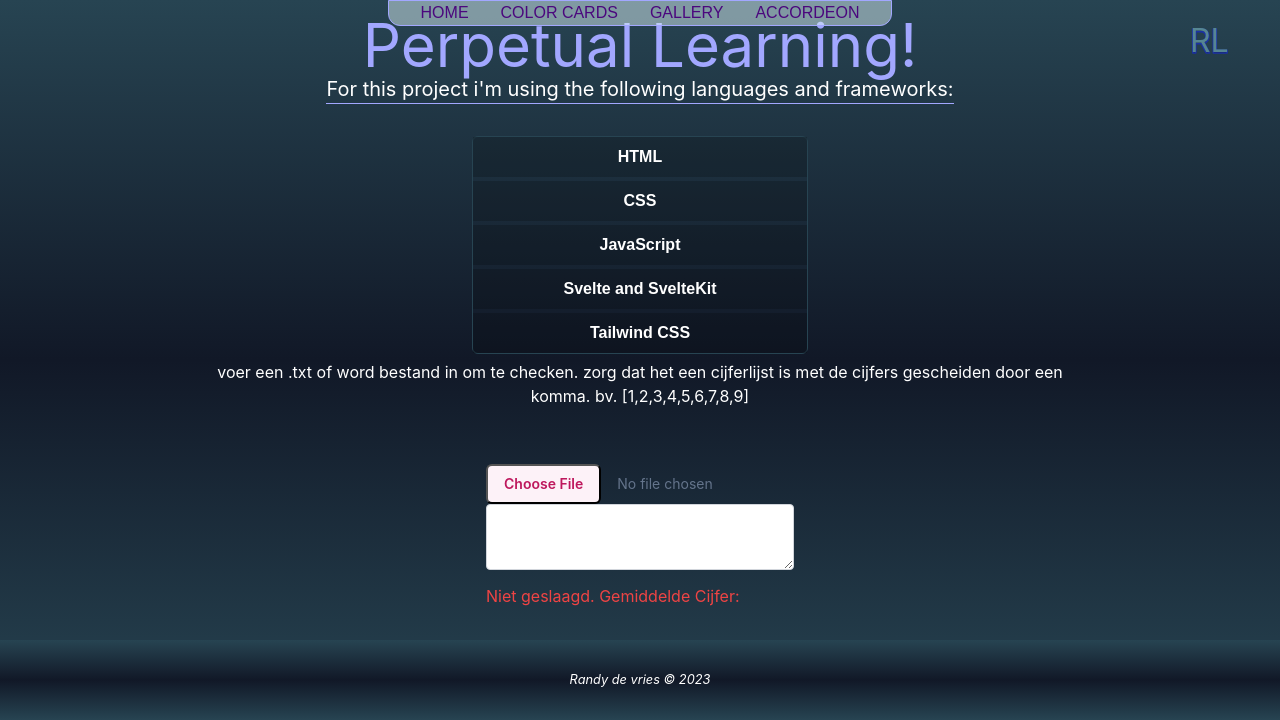
Repository: Freezler/svelte-app
Page: /links
The author's editor kept a copy of each file at every save. The page is drawn from the files as they stood at one save, then again after the next save.
The browser window is 1280 px wide. The pictures show the whole page.
The project was rebuilt for these pictures with package versions that can differ from the ones it lists, and the page was loaded fresh each time. The framework's server and built-in components were replaced by stand-ins that run in the browser. Also part of the build but not shown: svelte.config.js, vite.config.js.

Above is the page before, as saved 2023-11-12 11:42:03.

After the next save:
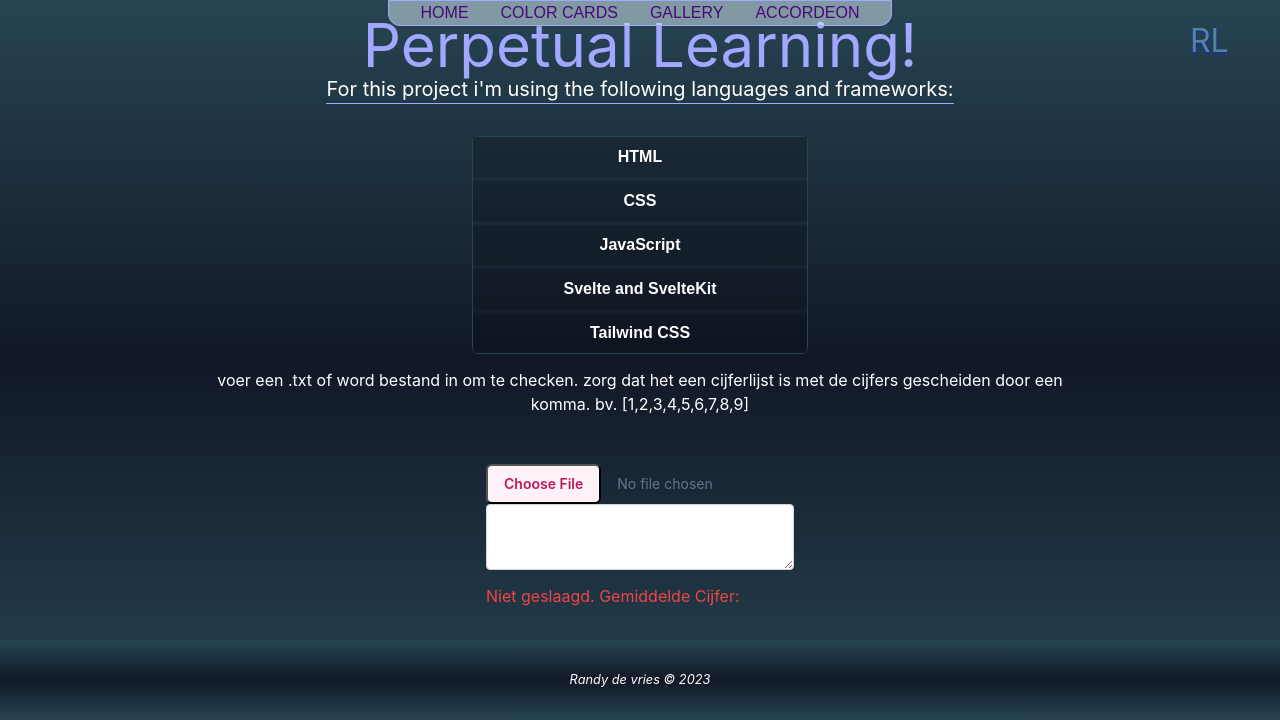
Saved 9 s later.
--- a/src/components/CijferlijstInput.svelte
+++ b/src/components/CijferlijstInput.svelte
@@ -31,7 +31,7 @@
 	return totaal / cijfers.length;
   }
 </script>
-<div class="text-center text-white -translate-y-10 w-[70%]"><h3>voer een .txt of word bestand in om te checken.
+<div class="text-center text-white -translate-y-8 w-[70%]"><h3>voer een .txt of word bestand in om te checken.
 	zorg dat het een cijferlijst is met de cijfers gescheiden door een komma. bv. [1,2,3,4,5,6,7,8,9]
 </h3></div>
 <div class="p-4 min-w-[340px]">
